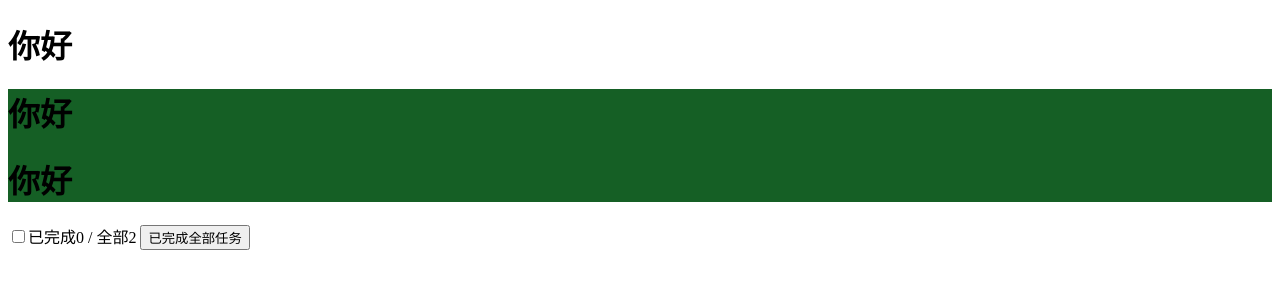
Repository: Lixianlai-2/The-journey-of-learning-Vue
Page: / (app in afterVueCli/Vue_Test/)
These files come from the project's save history. The page is drawn as it stood at one moment and after the next save; the edit follows.
The browser window is 1280 px wide. The pictures show the whole page.
The project was rebuilt for these pictures with package versions that can differ from the ones it lists, and the page was loaded fresh each time.

Above is the page before, as saved 2022-04-14 16:44:39.

### afterVueCli/Vue_Test/src/main.js
import Vue from "vue";
import App from "./App.vue";

// 关闭生产模式提醒
Vue.config.productionTip = false;

new Vue({
  render: (h) => h(App),
}).$mount("#app");

### afterVueCli/Vue_Test/src/App.vue
<template>
  <div id="root">
    <div class="root">
      <div class="todo-container">
        <div class="todo-wrap">
          <myHeader />
          <myList />
          <myFooter />
        </div>
      </div>
    </div>
  </div>
</template>

<script>
import myHeader from "./components/myHeader.vue";
import myFooter from "./components/myFooter.vue";
import myList from "./components/myList.vue";

export default {
  name: "Root",
  components: {
    myHeader,
    myFooter,
    myList,
  },
};
</script>

<style lang="less">
#app {
  background-color: aquamarine;
  .hello {
    border: 1px solid blue;
    background-color: rgb(146, 22, 22);
  }
}
</style>

### afterVueCli/Vue_Test/src/components/myHeader.vue
<template>
  <div>
    <h1>你好</h1>
  </div>
</template>

<script>
export default {
  name: "Header",
};
</script>

<style scoped></style>

### afterVueCli/Vue_Test/src/components/myFooter.vue
<template>
  <div>
    <label>
      <input type="checkbox" />
    </label>
    <span> <span>已完成0</span> / 全部2 </span>
    <button class="btn btn-danger">已完成全部任务</button>
  </div>
</template>

<script>
export default {
  name: "Footer",
};
</script>

<style scoped></style>

### afterVueCli/Vue_Test/src/components/myList.vue
<template>
  <div class="items">
    <h1>你好</h1>
    <myItem />
  </div>
</template>

<script>
import myItem from "./myItem.vue";

export default {
  name: "List",
  components: {
    myItem,
  },
};
</script>

<style scoped>
.items {
  background-color: rgb(21, 95, 37);
}
</style>

### afterVueCli/Vue_Test/src/components/myItem.vue
<template>
  <div>
    <h1>你好</h1>
  </div>
</template>

<script>
export default {
  name: "Item",
};
</script>

<style scoped></style>

Loaded but not shown: afterVueCli/Vue_Test/public/index.html (common file)

After the next save:
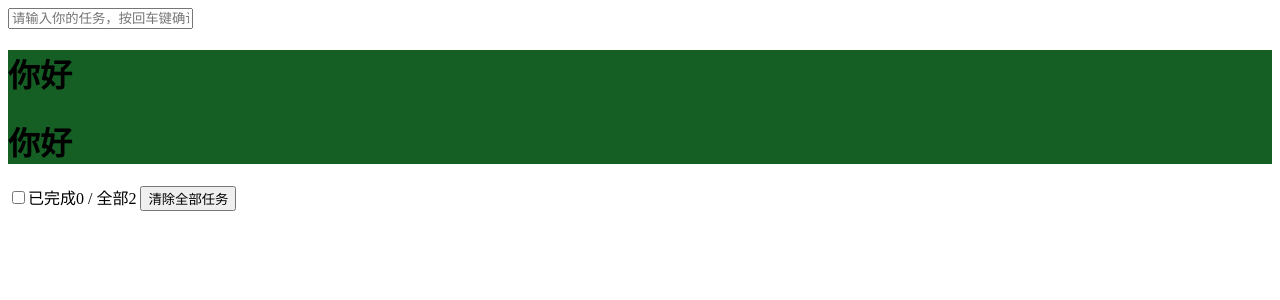
Saved 12 s later.
--- a/afterVueCli/Vue_Test/src/components/myHeader.vue
+++ b/afterVueCli/Vue_Test/src/components/myHeader.vue
@@ -1,6 +1,8 @@
 <template>
   <div>
-    <h1>你好</h1>
+    <div class="todo-header">
+      <input type="text" placeholder="请输入你的任务，按回车键确认" />
+    </div>
   </div>
 </template>
 
--- a/afterVueCli/Vue_Test/src/components/myFooter.vue
+++ b/afterVueCli/Vue_Test/src/components/myFooter.vue
@@ -4,7 +4,7 @@
       <input type="checkbox" />
     </label>
     <span> <span>已完成0</span> / 全部2 </span>
-    <button class="btn btn-danger">已完成全部任务</button>
+    <button class="btn btn-danger">清除全部任务</button>
   </div>
 </template>
 
